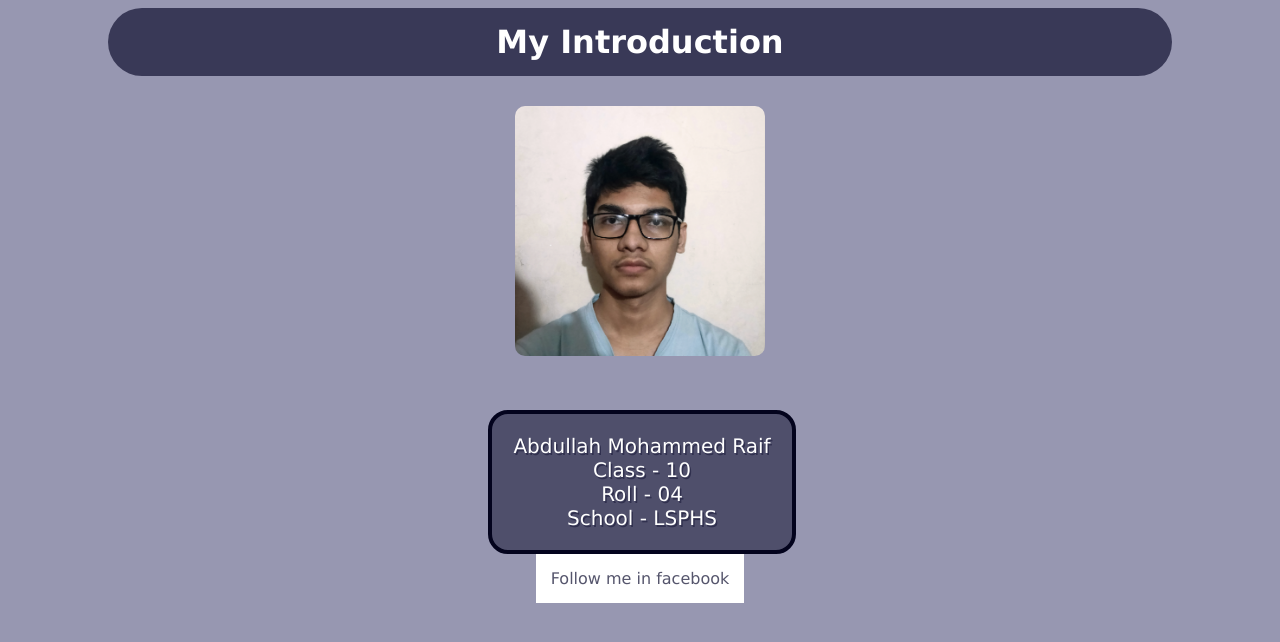
Repository: Raif-007/Portfolio
Page: index.html
An editor plug-in stored every save of this project. The page is shown before and after the next save, followed by the edit.
The browser window is 1280 px wide. The pictures show the whole page.

Above is the page before, as saved 2021-07-05 17:34:45.

After the next save:
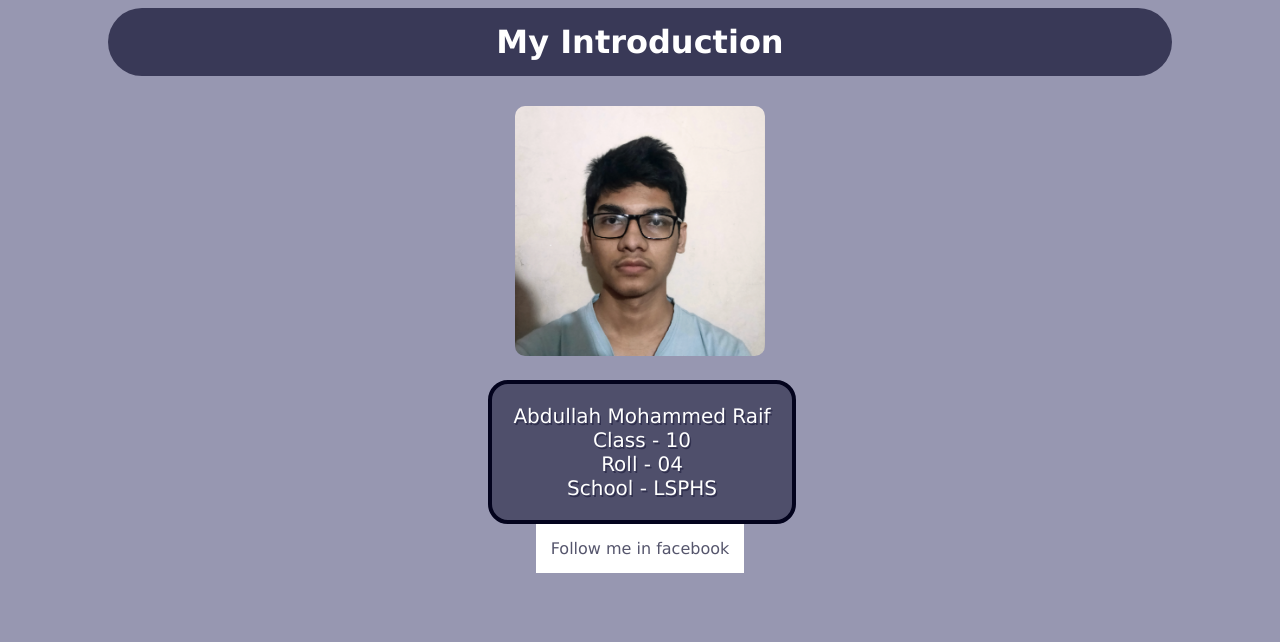
Saved 18 s later.
--- a/styles.css
+++ b/styles.css
@@ -17,7 +17,7 @@
                 border: 4px solid rgb(3, 3, 29);
                 width: 300px;
                 margin-left: 480px;
-                margin-top: 50px;
+                margin-top: 20px;
                 background-color: rgba(25, 25, 56, 0.568);
                 border-radius: 20px;
                 text-shadow: 1.5px 1.5px rgba(25, 25, 56, 0.568);
